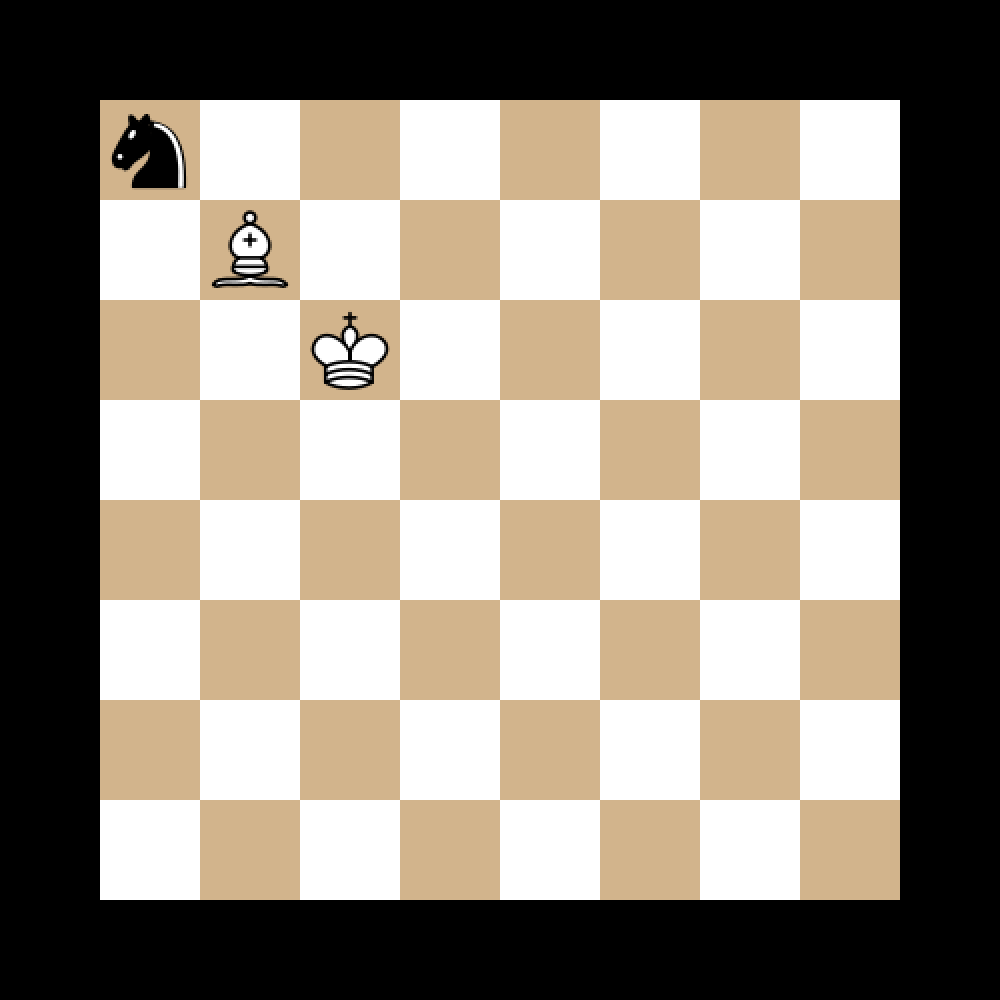
Repository: a-longe/capstone
Script's output: python engine/drag_n_drop_test.py
An editor plug-in stored every save of this project. The script's output is shown before and after the next save, followed by the edit.
The window is shown after at most 60 frames with no key pressed. Random numbers start from a fixed seed. It also reads engine/images/bK.png, engine/images/bN.png, engine/images/bR.png, engine/images/wB.png, engine/images/wK.png, engine/images/wR.png.

Above is the script's output before, as saved 2023-12-13 18:33:03.

### engine/drag_n_drop_test.py
import os
import sys
import pygame as pg
import math

Cord = tuple[int, int]
TOP_LEFT = 100
BOTTOM_RIGHT = 900
SQUARE_SIZE = 100
SCREEN_SIZE = 1000

RECT_DATA = 0
GLYPH = 1

def is_even(n):
    return 0 == n % 2


def is_odd(n):
    return 1 == n % 2

def black_square(surface, image, rect):
    image.fill((210, 180, 140))
    surface.blit(image, rect)


def white_square(surface, image, rect):
    image.fill((255, 255, 255))
    surface.blit(image, rect)

def get_snap_cords(x, y) -> Cord:
    return (math.floor(x / SQUARE_SIZE) * SQUARE_SIZE,
            math.floor(y / SQUARE_SIZE) * SQUARE_SIZE)

def fen_to_pieces(fen) -> list[tuple[tuple[int, int, int, int], str]]:
    lo_pieces = []
    pieces = fen.split(' ')[0]
    rows = pieces.split('/')
    r_i = 0
    for row in rows:
        c_i = 0
        for char in row:
            if char.isdigit():
                c_i += int(char) - 1
            else:
                lo_pieces.append(((r_i * SQUARE_SIZE + SQUARE_SIZE,
                                   c_i * SQUARE_SIZE + SQUARE_SIZE,
                                    SQUARE_SIZE, SQUARE_SIZE), char))
            c_i += 1
        r_i += 1
    return lo_pieces


IMAGE_DIR = os.path.join(os.path.dirname(os.path.abspath(__file__)), 'images')

def get_piece_img(glyph:str) -> pg.Surface:
    if glyph.isupper():
        color = 'w'
    else:
        color = 'b'
    piece_type = glyph.upper()
    return pg.image.load(os.path.join(IMAGE_DIR, f"{color}{piece_type}.png"))


square_coords = [[i, j] for i in range(TOP_LEFT, BOTTOM_RIGHT, SQUARE_SIZE) \
                for j in range(TOP_LEFT, BOTTOM_RIGHT, SQUARE_SIZE)]


class Piece:
    # A Piece object needs to know about the Board because its behaviour
    # depends on the location of other Piece objects--only the Board knows
    # about them--that's why Board is an argument. It also needs to know its
    # dimensions, so we pass them in rect
    def __init__(self, Board, rect, glyph):
        self.board = Board
        self.rect = pg.Rect(rect)
        self.previous_center = self.rect.center
        # a Piece object has a click attribute that is true if the
        # left mouse button is down and on top of the Piece
        self.click = False
        self.image = pg.transform.scale(get_piece_img(glyph), (SQUARE_SIZE,
                                                               SQUARE_SIZE))
        self.is_white = glyph.islower()

    # Check that the player has been selected and that the mouse will
    # not cause the player to bleed out of bounds.

    # To deal with collisions, save current position, and then move
    # the player to the mouse position. If there is a collision, then
    # move the rectangle back to the previous position.

    # Regardless, draw the player
    def update(self):
        if (self.click):
            self.rect.center = pg.mouse.get_pos()
        self.board.surface.blit(self.image, self.rect)

    def snap_to_square(self) -> None:
        if self.board.mouse_inside_bounds():
            player_cords = (self.rect.center[0], self.rect.center[1])
            self.rect.topleft = get_snap_cords(*player_cords)




class Board:
    # Each position corresponds to the arguments needed to instantiate
    # the PyGame.Rect class: (x, y, width, height) corresponding to a player

    # The Board class updates itself by asking the players to paint themselves.

    # It has a number of methods that exist so other parts of the program can
    # inquire about the current state of the board
    def __init__(self, positions):
        self.surface = pg.display.set_mode((SCREEN_SIZE, SCREEN_SIZE))
        self.players = []
        for piece_data in positions:
            self.players.append(Piece(self, piece_data[RECT_DATA],
                                    piece_data[GLYPH]))

    def clear_surface(self):
        self.surface.fill(0)

    def get_players(self):
        return self.players

    def set_players(self, players):
        self.players = players

    def mouse_inside_bounds(self):
        # hard-coded numbers should be fixed
        x, y = pg.mouse.get_pos()
        return (x > TOP_LEFT and x < BOTTOM_RIGHT and
                y > TOP_LEFT and y < BOTTOM_RIGHT)

    def collisions(self, a_player):
        rects = [player.rect for player in self.get_players()]
        target_rects = [rect for rect in rects if rect != a_player.rect]
        return a_player.rect.collidelistall(target_rects)

    def display_grid(self):
        # print("I should be displaying...")
        for x, y in square_coords:
            row = x / 100
            column = y / 100
            rect = pg.Rect([x, y, 100, 100])
            image = pg.Surface(rect.size).convert()
            if not (is_odd(row) ^ is_odd(column)):
                black_square(self.surface, image, rect)
            else:
                white_square(self.surface, image, rect)

    def del_piece(self, piece):
        all_pieces = self.get_players()
        all_pieces.pop(all_pieces.index(piece))
        self.set_players(all_pieces)


    def update_board(self):
        self.clear_surface()
        self.display_grid()
        for player in self.get_players():
            player.update()


def main(Board):
    # listen for events and update board in response to them
    game_event_loop(Board)
    Board.update_board()


# Notice that the event loop has been given its own function. This makes
# the program easier to understand.
def game_event_loop(Board):
    for event in pg.event.get():
        if event.type == pg.MOUSEBUTTONDOWN:
            for player in Board.get_players():
                # The event positions is the mouse coordinates
                if player.rect.collidepoint(event.pos):
                    if not player.click:
                        # store current center
                        player.previous_center = player.rect.center
                    player.click = True
        elif event.type == pg.MOUSEBUTTONUP:
            for player in Board.get_players():
                if player.click:
                    # if valid location and is legal move()
                    if player.board.mouse_inside_bounds() and True:
                        # does player collide with another player
                        colliding_piece = [piece_2 for piece_2 in player.rect.collideobjectsall(player.board.get_players()) if piece_2.rect.collidepoint(pg.mouse.get_pos())]
                        colliding_piece.remove(player)
                        print(colliding_piece)
                        if not colliding_piece:
                            # if not colliding with any piece
                            player.snap_to_square()
                        elif player.is_white != colliding_piece[0].is_white:
                            # if colliding with piece with different colour
                            # delete player from player_list and then snap
                            Board.del_piece(colliding_piece[0])
                            player.snap_to_square()
                        else:
                            player.rect.center = player.previous_center
                    # else set cords to last square
                    else:
                        player.rect.center = player.previous_center
                player.click = False
        elif event.type == pg.QUIT:
            pg.quit()
            sys.exit()


if __name__ == "__main__":
    os.environ['SDL_VIDEO_CENTERED'] = '1'
    pg.init()
    MyBoard = Board([((100, 100, 100, 100), 'n'),
                     ((200, 200, 100, 100), 'B'),
                     ((300, 300, 100, 100), 'K')])
    MyClock = pg.time.Clock()
    while True:
        main(MyBoard)
        pg.display.update()
        MyClock.tick(60)

After the next save:
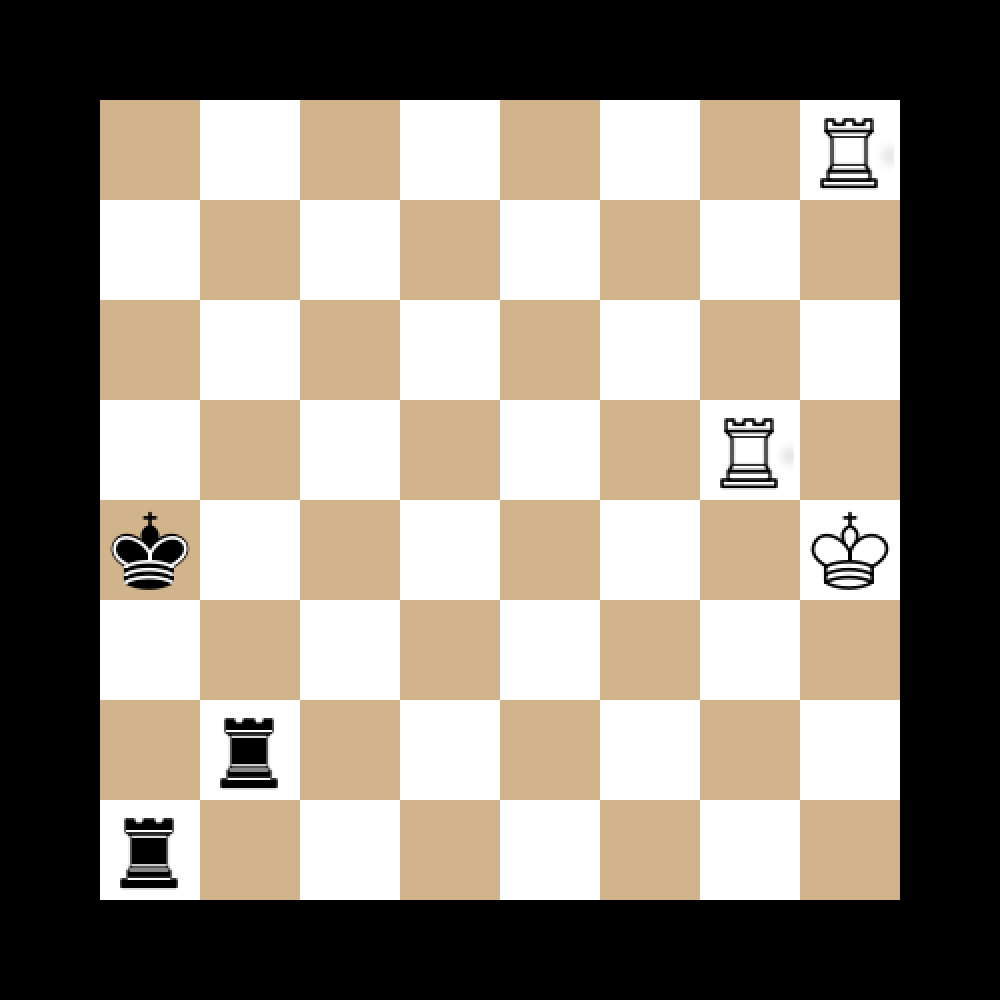
Saved 51 s later.
--- a/engine/drag_n_drop_test.py
+++ b/engine/drag_n_drop_test.py
@@ -212,9 +212,7 @@ def game_event_loop(Board):
 if __name__ == "__main__":
     os.environ['SDL_VIDEO_CENTERED'] = '1'
     pg.init()
-    MyBoard = Board([((100, 100, 100, 100), 'n'),
-                     ((200, 200, 100, 100), 'B'),
-                     ((300, 300, 100, 100), 'K')])
+    MyBoard = Board(fen_to_pieces('4k2r/6r1/8/8/8/8/3R4/R3K3 w Qk - 0 1'))
     MyClock = pg.time.Clock()
     while True:
         main(MyBoard)
